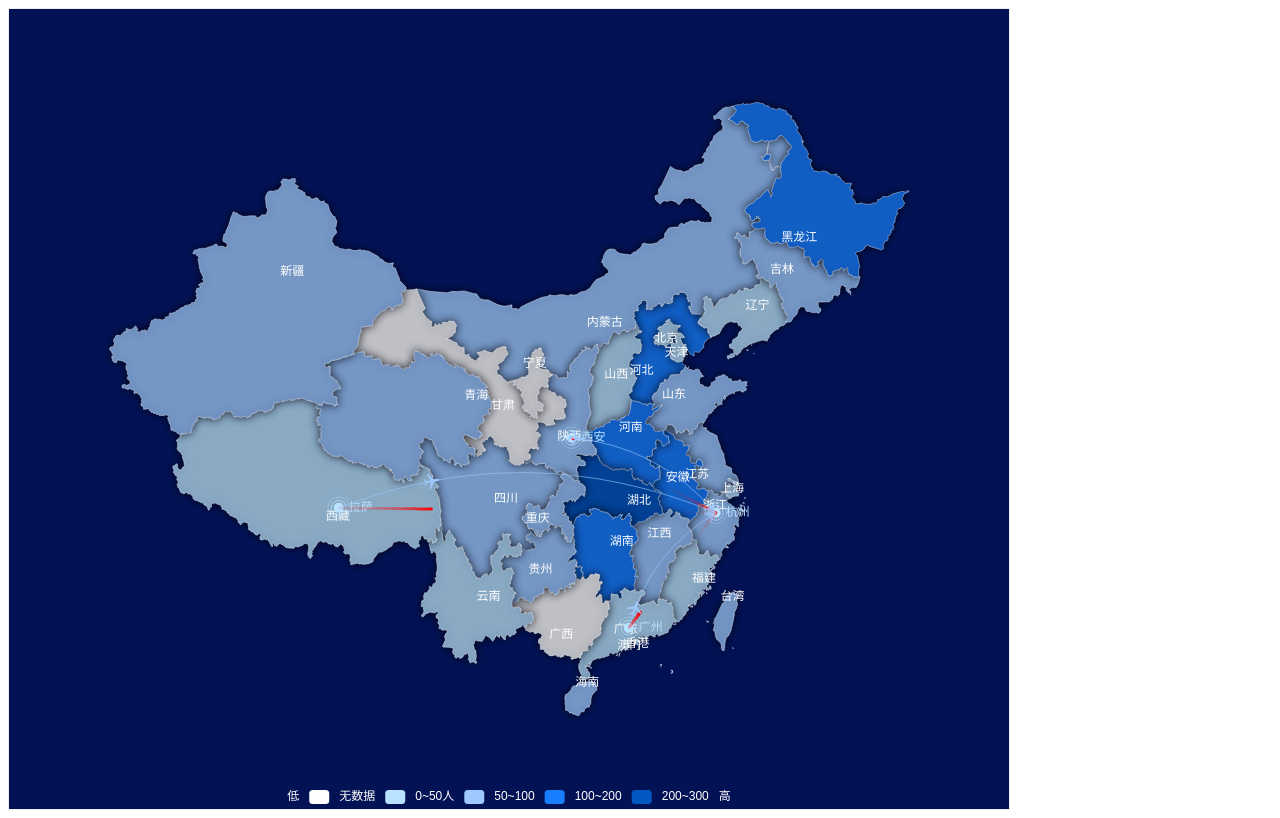
Repository: 572031690/echartssimple
Page: 21.地图常见效果_地图和散点图结合.html
An editor plug-in stored every save of this project. The page is shown before and after the next save, followed by the edit.
The browser window is 1280 px wide. The pictures show the whole page.

Above is the page before, as saved 2021-08-11 17:51:29.

After the next save:
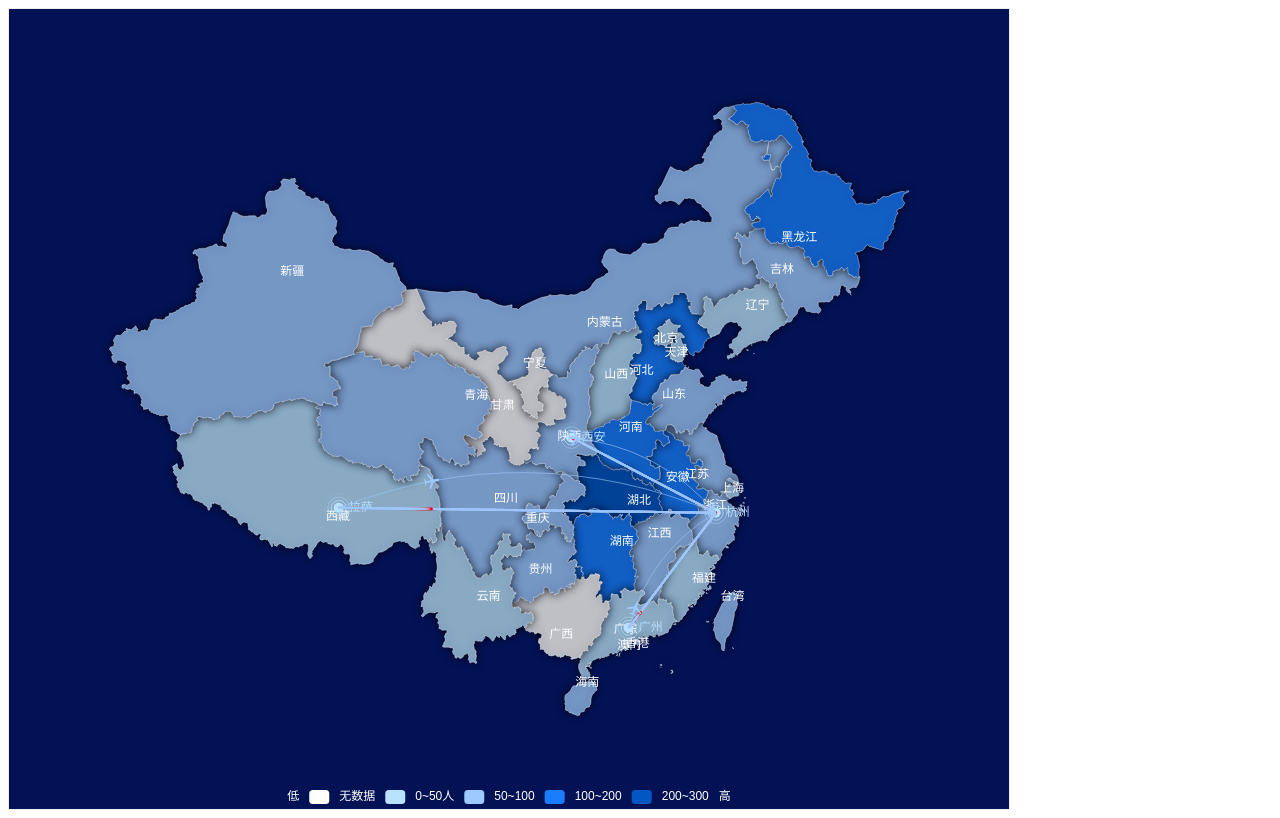
Saved 17 s later.
--- a/21.地图常见效果_地图和散点图结合.html
+++ b/21.地图常见效果_地图和散点图结合.html
@@ -142,7 +142,7 @@
             },
             lineStyle: {
               color: '#46bee9',
-              width: 0,
+              width: 2,
               // curveness: 0.2 // 弯曲度
             },
             data:lineSc,
